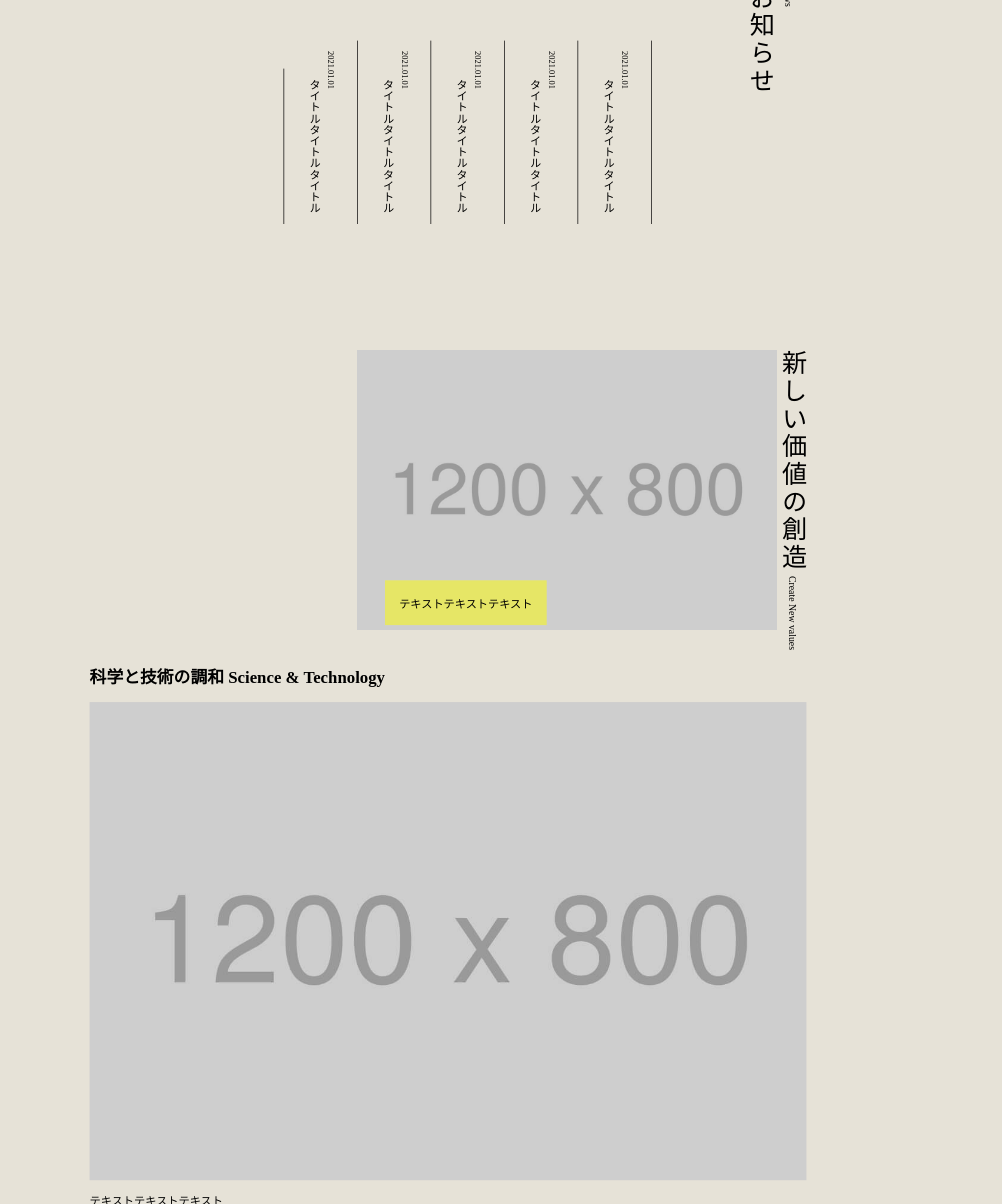
Repository: Fuki-san/wagashi
Page: http://localhost/wagashi
The author's editor kept a copy of each file at every save. The page is drawn from the files as they stood at one save, then again after the next save.
The browser window is 1280 px wide. The page is 1432 px wide, so the pictures cover 1432 px, including what lies to the right of the window. The pictures show the part of the page from y = 1050 to 2770 px (the page is 3636 px tall), at 70% of full size.
The page is served by the project's Laravel application, run on PHP 8.4 with Laravel 10.

Above is the page before, as saved 2023-12-09 16:26:45.

After the next save:
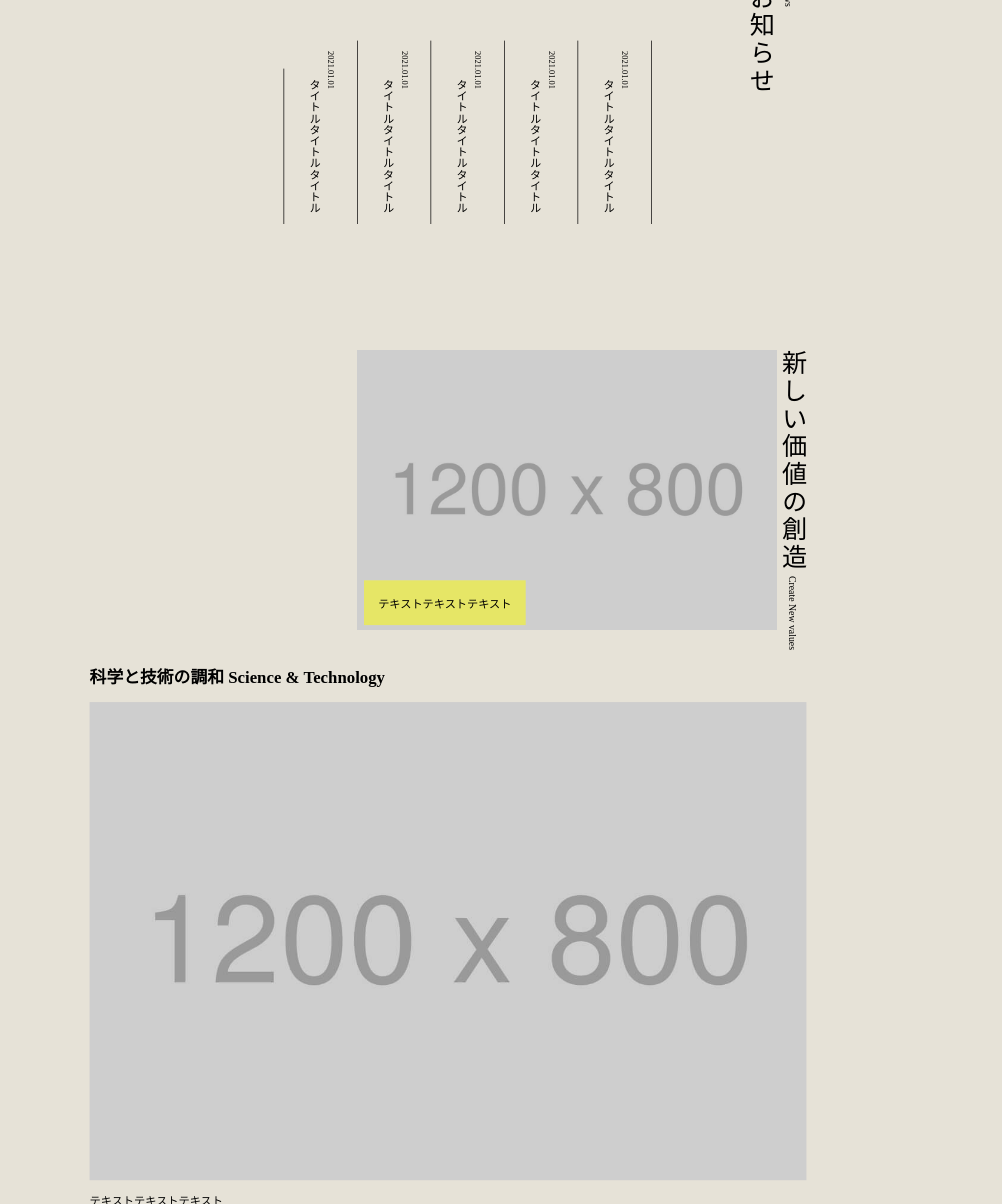
Saved 6 s later.
--- a/public/css/style.css
+++ b/public/css/style.css
@@ -153,5 +153,5 @@ li{
     padding: 20px;
     position: absolute;
     bottom: 20px;
-    left: 40px;
+    left: 10px;
 }
